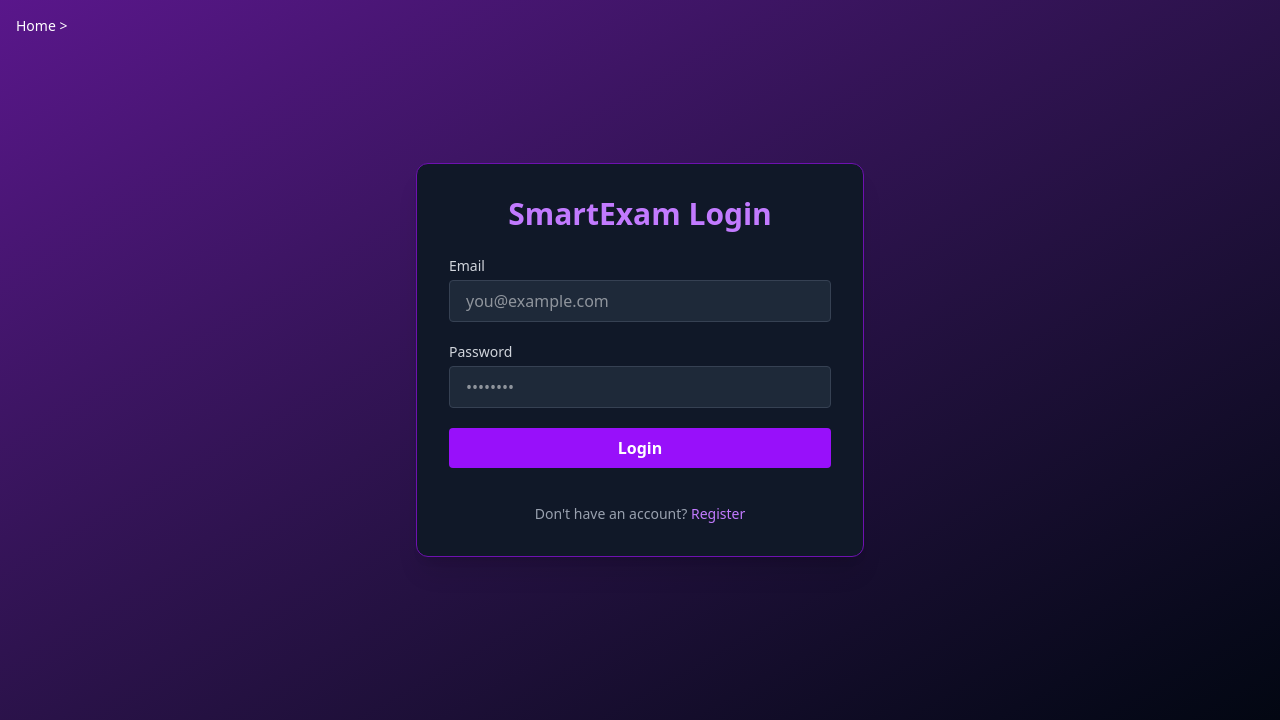
Repository: rahulhr71/AiExam
Page: / (app in teacher/)
An editor plug-in stored every save of this project. The page is shown before and after the next save, followed by the edit.
The browser window is 1280 px wide. The pictures show the whole page.
The project was rebuilt for these pictures with package versions that can differ from the ones it lists, and the page was loaded fresh each time. Also part of the build but not shown: teacher/vite.config.js.

Above is the page before, as saved 2025-08-01 09:41:24.

After the next save:
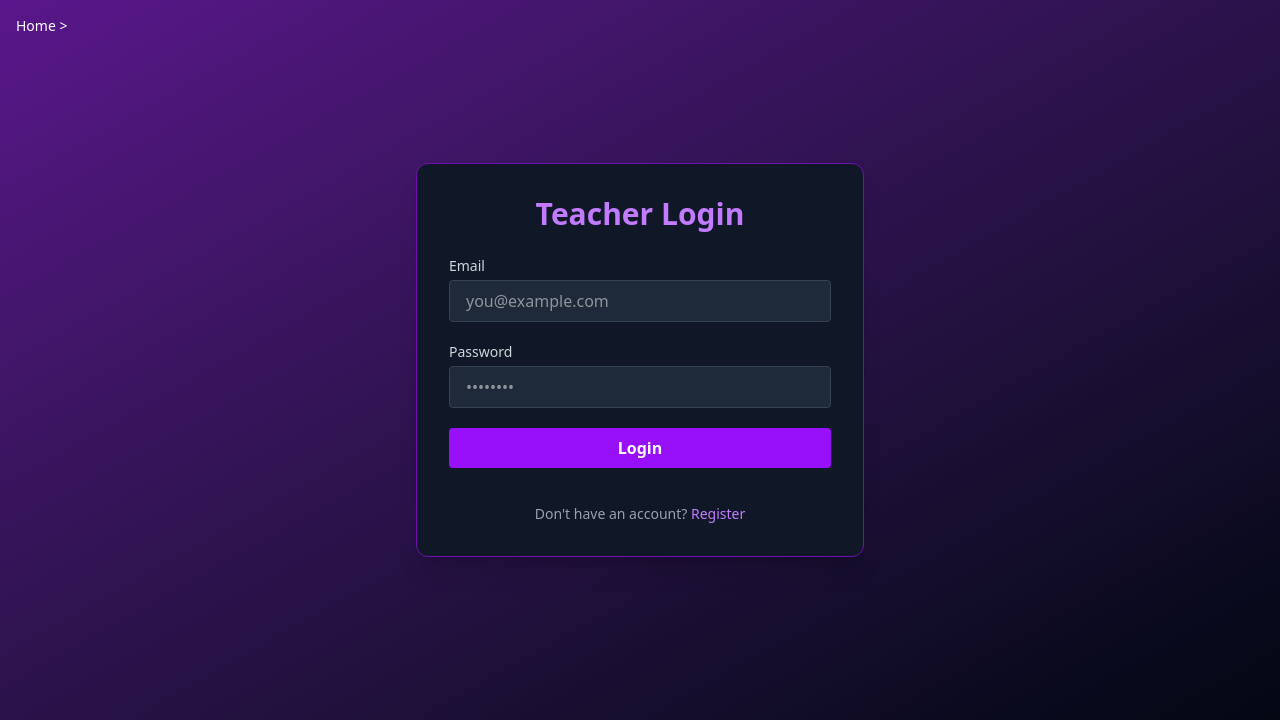
Saved 32 s later.
--- a/teacher/src/pages/Login.jsx
+++ b/teacher/src/pages/Login.jsx
@@ -67,7 +67,7 @@ export default function Login() {
       </Link>
       <div className="bg-gray-900 p-8 rounded-xl shadow-xl max-w-md w-full border border-purple-800">
         <h2 className="text-3xl font-bold text-purple-400 text-center mb-6">
-          SmartExam Login
+          Teacher Login
         </h2>
         <form onSubmit={handleLogin} className="space-y-5">
           <div>
